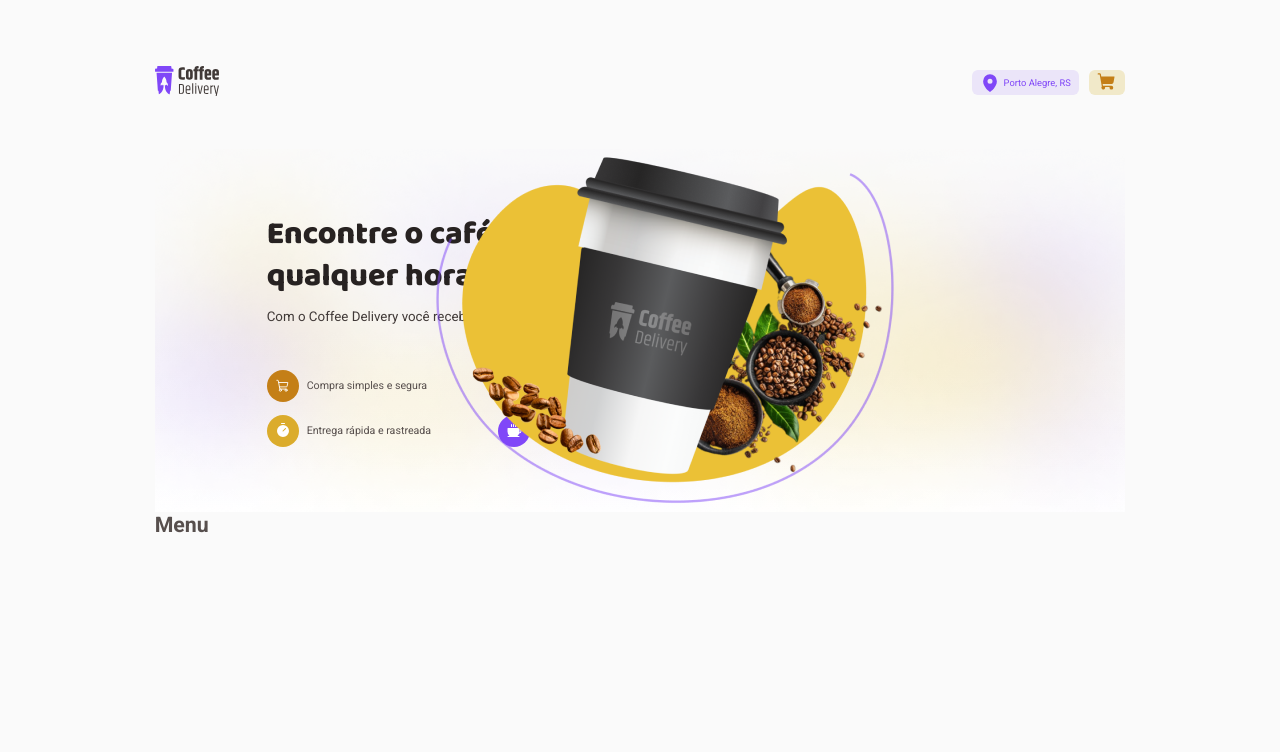
Repository: guilhermecardoso93/react-coffee-delivery
Page: /
The author's editor kept a copy of each file at every save. The page is drawn from the files as they stood at one save, then again after a run of saves.
The browser window is 1280 px wide. The pictures show the whole page.
The project was rebuilt for these pictures with package versions that can differ from the ones it lists, and the page was loaded fresh each time. Also part of the build but not shown: vite.config.ts, src/pages/CompleteOrder/styles.ts, src/pages/CompleteOrder/index.tsx.

Above is the page before, as saved 2022-07-18 07:56:38.

After the next 3 saves:
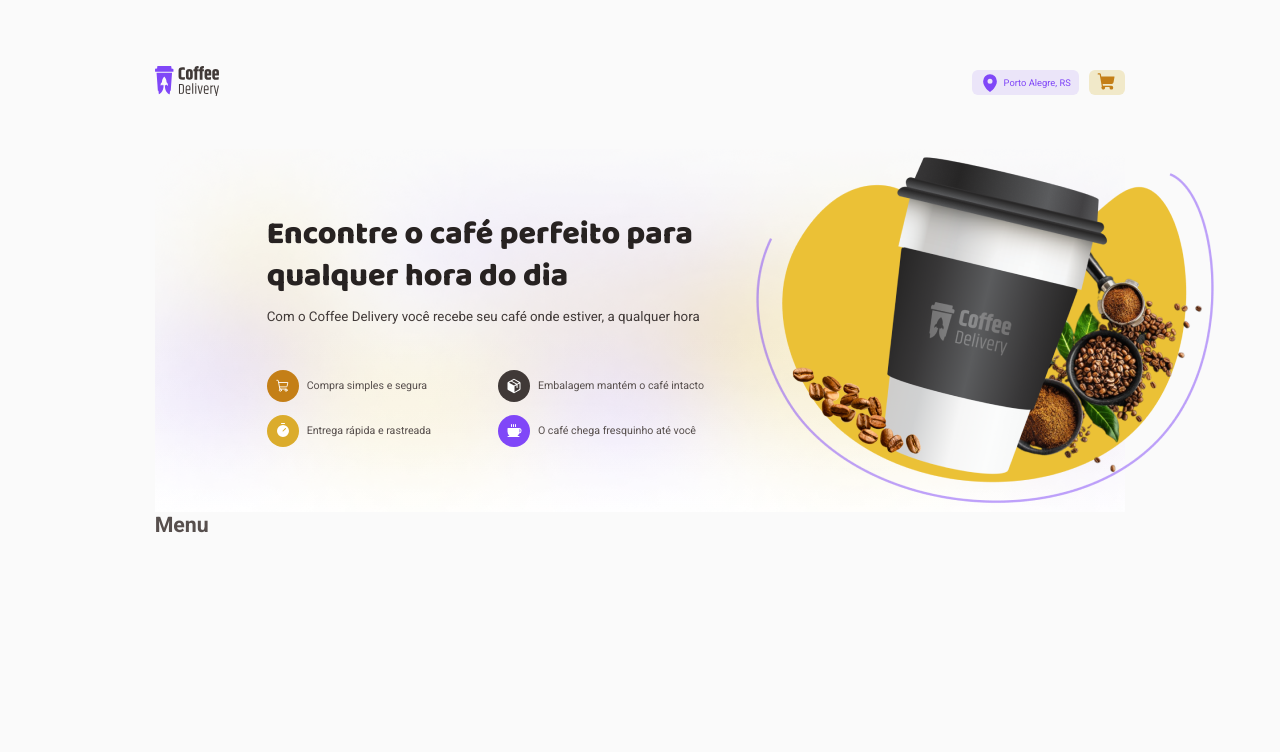
The 3 saves are shown as one change because they came seconds apart.
The last was saved 10 s later.
--- a/src/pages/Home/Intro/styles.ts
+++ b/src/pages/Home/Intro/styles.ts
@@ -81,6 +81,6 @@
   img {
     position: absolute;
     z-index: 1;
-    left: 40rem;
+    left: 70rem;
   }
 `;
